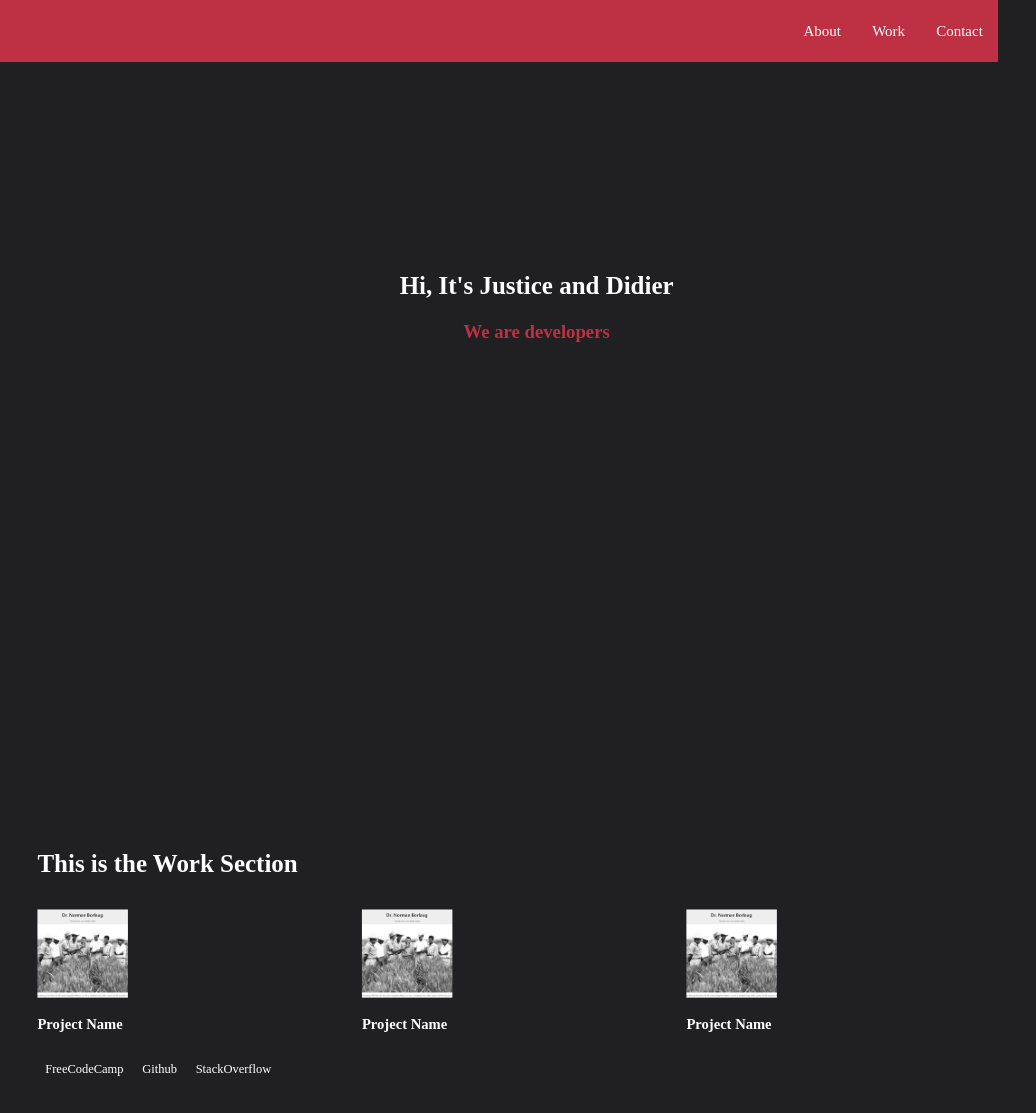
Repository: justicebhekani88/microverse_portfolio_project
Page: index.html
These files come from the project's save history. The page is drawn as it stood at one moment and after the next save; the edit follows.
The browser window is 1280 px wide. The page is 1328 px wide, so the pictures cover 1328 px, including what lies to the right of the window. The pictures show the whole page, at 78% of full size.

Above is the page before, as saved 2022-07-21 15:20:51.

### index.html
<!DOCTYPE html>
<html lang="en">

<head>
    <meta charset="UTF-8">
    <meta http-equiv="X-UA-Compatible" content="IE=edge">
    <meta name="viewport" content="width=device-width, initial-scale=1.0">
    <link rel="stylesheet" href="style.css">
    <title>Portfolio Project</title>
</head>

<body>
    <nav id="navbar">
        <ul id="nav-list">
            <li><a href="#welcome-section">About</a></li>
            <li><a href="#projects">Work</a></li>
            <li><a href="#contact">Contact</a></li>
        </ul>
    </nav>
    <div id="main">
        <section id="welcome-section">
            <div id="welcome-text">
                <h1>Hi, It's Justice and Didier</h1>
                <h2>We are developers</h2>
            </div>
        </section>
        <h1>This is the Work Section</h1>
        <section id="projects">
            <div class="project-tile">
                <a href="">
                    <div>
                        <img src="project.png" alt="Project Image">
                        <h3>Project Name</h3>
                    </div>
                </a>
            </div>
            <div class="project-tile">
                <a href="">
                    <div>
                        <img src="project.png" alt="Project Image">
                        <h3>Project Name</h3>
                    </div>
                </a>
            </div>
            <div class="project-tile">
                <a href="">
                    <div>
                        <img src="project.png" alt="Project Image">
                        <h3>Project Name</h3>
                    </div>
                </a>
            </div>
        </section>
        <section>
            <a href="#" id="profile-link" target="_blank">FreeCodeCamp</a>
            <a href="#" id="profile-link" target="_blank">Github</a>
            <a href="#" id="profile-link" target="_blank">StackOverflow</a>
        </section>
    </div>

</body>

</html>

### style.css
body {
    background-color: #202022;
}

nav {
    color: white;
    display: flex;
    justify-content: flex-end;
    position: fixed;
    top: 0;
    left: 0;
    width: 100%;
    background: #BE3043;
}

#nav-list {
    display: flex;
}

li,
a {
    list-style: none;
    color: white;
    padding: 10px;
    text-decoration: none;
}

#main {
    padding-left: 70px;
}

#welcome-section {
    width: 100vw;
    height: 100vh;
}

h1 {
    color: white;
    font-size: 2rem;
}

h2 {
    color: #BE3043;
    font-size: 1.5rem;
}

#welcome-text {
    margin: 300px 30%;
    text-align: center;
}

#projects {
    display: grid;
    grid-template-columns: repeat(auto-fit, minmax(320px, 1fr));
    grid-gap: 4rem;
}

img {
    width: 33%;
}

@media only screen and (min-width: 600px) {
    #main {
        padding: 10px;
    }
}

@media only screen and (min-width: 1280px) {
    #main {
        padding: 40px;
    }
    nav {
        font-size: larger;
    }
}

After the next save:
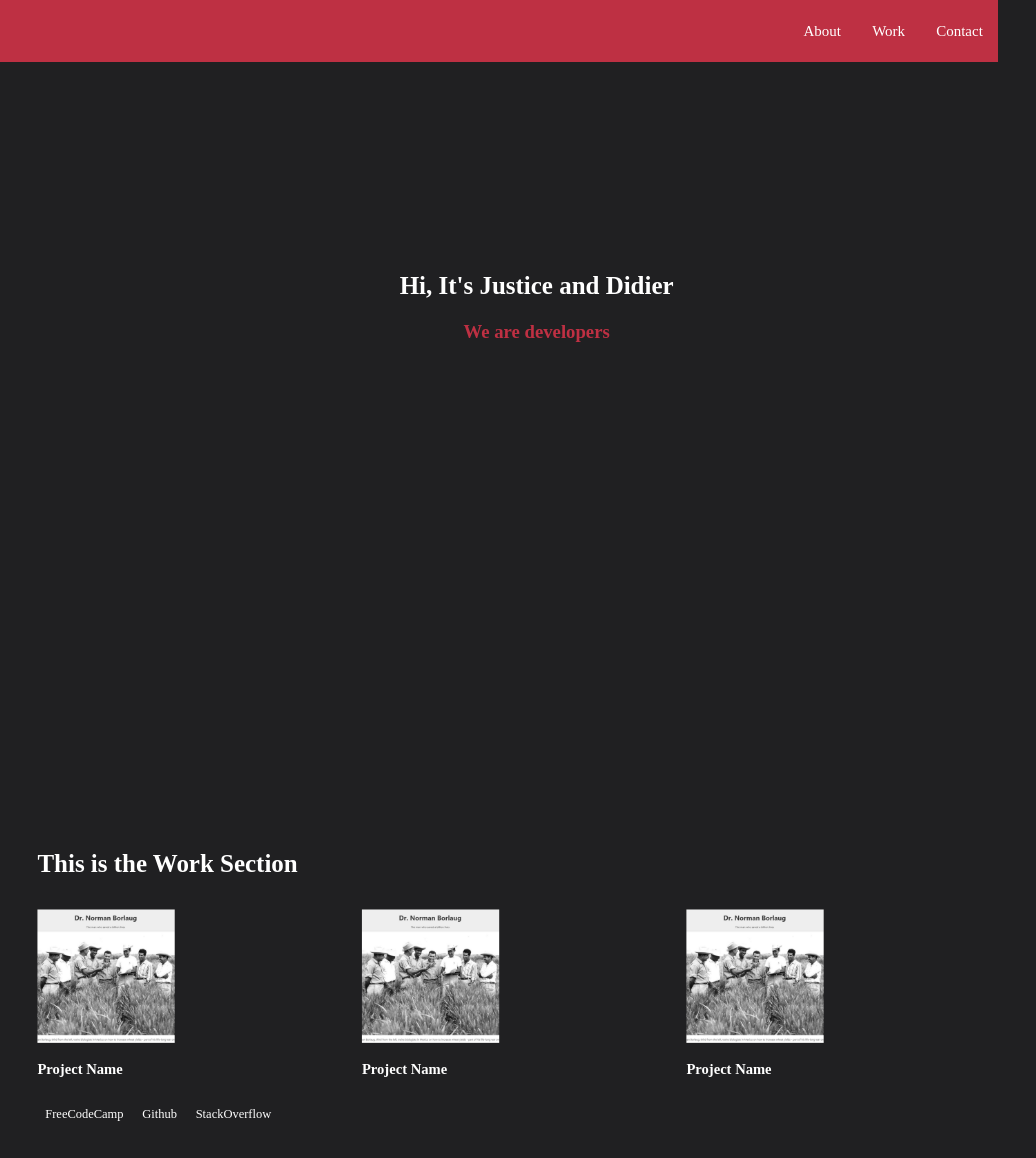
Saved 11 s later.
--- a/style.css
+++ b/style.css
@@ -56,7 +56,7 @@ h2 {
 }
 
 img {
-    width: 33%;
+    width: 50%
 }
 
 @media only screen and (min-width: 600px) {
